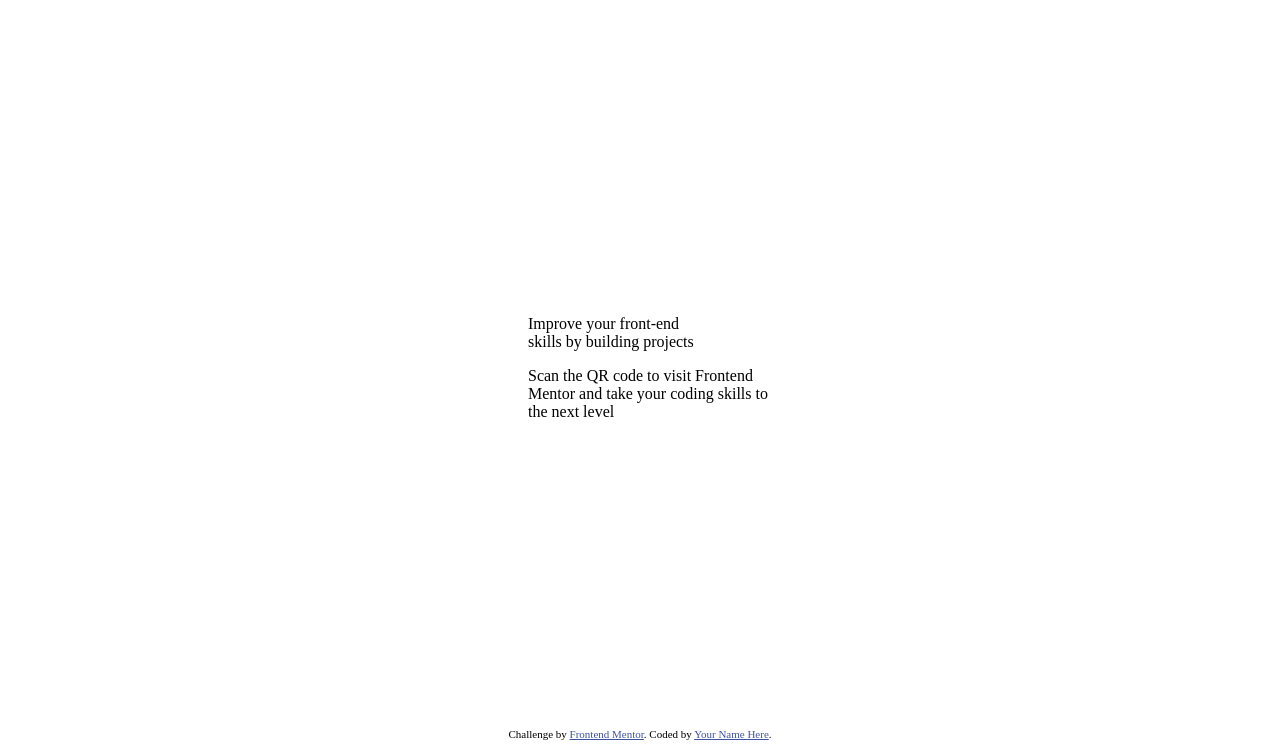
Repository: jminervino/CSS-QRCodeResponsive
Page: index.html
The author's editor kept a copy of each file at every save. The page is drawn from the files as they stood at one save, then again after the next save.
The browser window is 1280 px wide. The page is 1288 px wide, so the pictures cover 1288 px, including what lies to the right of the window. The pictures show the whole page.

Above is the page before, as saved 2022-02-08 19:18:55.

After the next save:
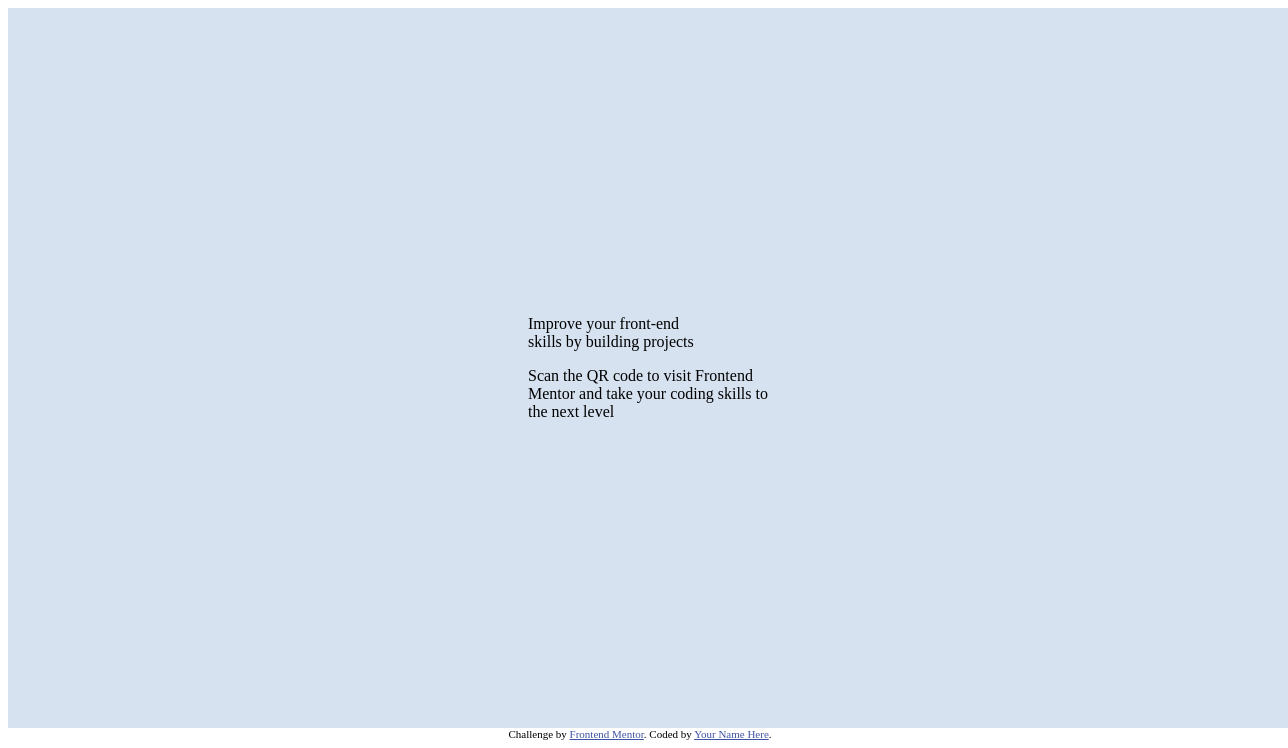
Saved 16 s later.
--- a/style.css
+++ b/style.css
@@ -4,5 +4,5 @@
     justify-content: center;
     width: 100vw;
     height: 100vh;
-    background-color: hsl(0, 0%, 100%);
+    background-color: hsl(212, 45%, 89%);
 }
